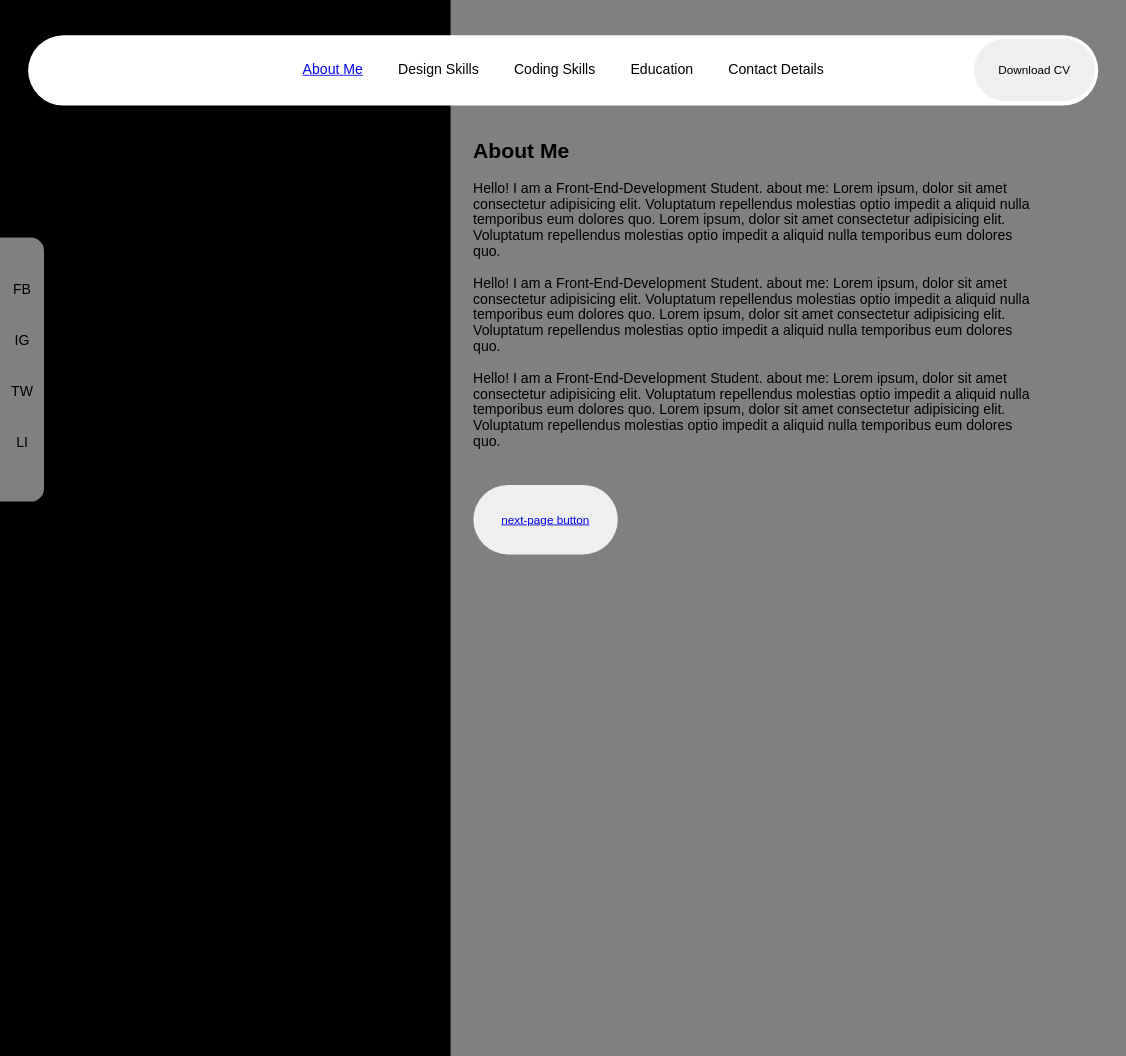
Repository: WesleyErasmus/MyDigitalResume-4
Page: about.html
The author's editor kept a copy of each file at every save. The page is drawn from the files as they stood at one save, then again after the next save.
The browser window is 1280 px wide. The pictures show the whole page, at 88% of full size.

Above is the page before, as saved 2022-02-19 21:50:00.

### about.html
<!DOCTYPE html>
<html lang="en">
<head>
    <meta charset="UTF-8">
    <meta http-equiv="X-UA-Compatible" content="IE=edge">
    <meta name="viewport" content="width=device-width, initial-scale=1.0">
    <title>Wesley Erasmus Digital Resume 4 Project</title>
    <link rel="stylesheet" href="about.css">
</head>
<body>
    <body>
        <!-- Landing page -->
        <header class="nav-menu-top">
            <ul class="top-nav-menu-buttons">
                <li><a href="/about.html" target="">About Me</a></li>
                <li>Design Skills</li>
                <li>Coding Skills</li>
                <li>Education</li>
                <li>Contact Details</li>
            </ul>
            <button id="download-cv">Download CV</button>
            <!-- Name / download CV / etc -->
        </header>

        <aside class="self-portrait">
            <!-- creative image of myself -->
            <p>aside with large portrait image of myself</p>
        </aside>
        <nav class="social-media-links">
            <ul class="social-media-links">
                <li>FB</li>
                <li>IG</li>
                <li>TW</li>
                <li>LI</li>
            </ul>
            <!-- side social media icons (float left / column direction) -->
        </nav>

            <!-- main bio; FED student / link to 2nd html page with CV content -->
         <article>
             <h1 ID="title">About Me</h1>
            <div class="about-me">
                <p>Hello! I am a Front-End-Development Student. about me: Lorem ipsum, dolor sit amet consectetur adipisicing elit. Voluptatum repellendus molestias optio impedit a aliquid nulla temporibus eum dolores quo. Lorem ipsum, dolor sit amet consectetur adipisicing elit. Voluptatum repellendus molestias optio impedit a aliquid nulla temporibus eum dolores quo.</p>
                <br>
                <p>Hello! I am a Front-End-Development Student. about me: Lorem ipsum, dolor sit amet consectetur adipisicing elit. Voluptatum repellendus molestias optio impedit a aliquid nulla temporibus eum dolores quo. Lorem ipsum, dolor sit amet consectetur adipisicing elit. Voluptatum repellendus molestias optio impedit a aliquid nulla temporibus eum dolores quo.</p>
                <br>
                <p>Hello! I am a Front-End-Development Student. about me: Lorem ipsum, dolor sit amet consectetur adipisicing elit. Voluptatum repellendus molestias optio impedit a aliquid nulla temporibus eum dolores quo. Lorem ipsum, dolor sit amet consectetur adipisicing elit. Voluptatum repellendus molestias optio impedit a aliquid nulla temporibus eum dolores quo.</p>
            </div>
            <button class="next-page">
                <a href="/codingSkills.html" target="">next-page button</a>
            </button>
        </article>


    </body>
</body>
</html>

### about.css
* {
    font-family: Arial, Helvetica, sans-serif;
    margin: 0;
    padding: 0;
}
body {
    background-color: grey;
    overflow:hidden;
}
header.nav-menu-top {
    position: relative;
    /* Positions explained in below link: https://developer.mozilla.org/en-US/docs/Web/CSS/position */
    text-align: center;
    margin: 0 auto;
    /* Margin: 0 auto can be used to center an object horizontally  */
    width: 95%;
    height: 80px;
    border-radius: 50px;
    margin-top: 40px;
    background-color: #fff;
}
ul.top-nav-menu-buttons{
    display: flex;
    justify-content: center;
    padding: 30px;
}
.top-nav-menu-buttons li {
    margin: 0 20px 0 20px;
    list-style-type: none;
    text-align: center;
}
button#download-cv {
    position: relative;
    float: right;
    top: -74px;
    right: 4px;
    padding: 28px;
    border-radius: 50px;
    border: NONE;
}
aside.self-portrait {
    z-index: -1;
    /* z-index explained in below link:
     https://developer.mozilla.org/en-US/docs/Web/CSS/z-index */
    background-color: black;
    position: absolute;
    top: 0;
    left: 0;
    height: 1200px;
    width: 40%;
}
nav.social-media-links {
    position: relative;
    height: 300px;
    width: 50px;
    float: left;
    top: 150px;
    left: 0px;
    background-color: grey;
    border-radius: 0 15px 15px 0;
}
ul.social-media-links{
    padding: 50px 5px 5px 5px;
    text-align: center;
    display: flex;
    flex-direction: column;

}
.social-media-links li{
    margin-bottom: 40px;
}

article {
    width: 50%;
    left: 41%;
    position: absolute;
    height: 500px;
    top: 20vh;
    padding: 1%;
}
h1#title {
    margin-bottom: 20px;
}
button.next-page {
    margin-top: 40px;
    padding: 2rem;
    border-radius: 50px;
    border: none;
}

After the next save:
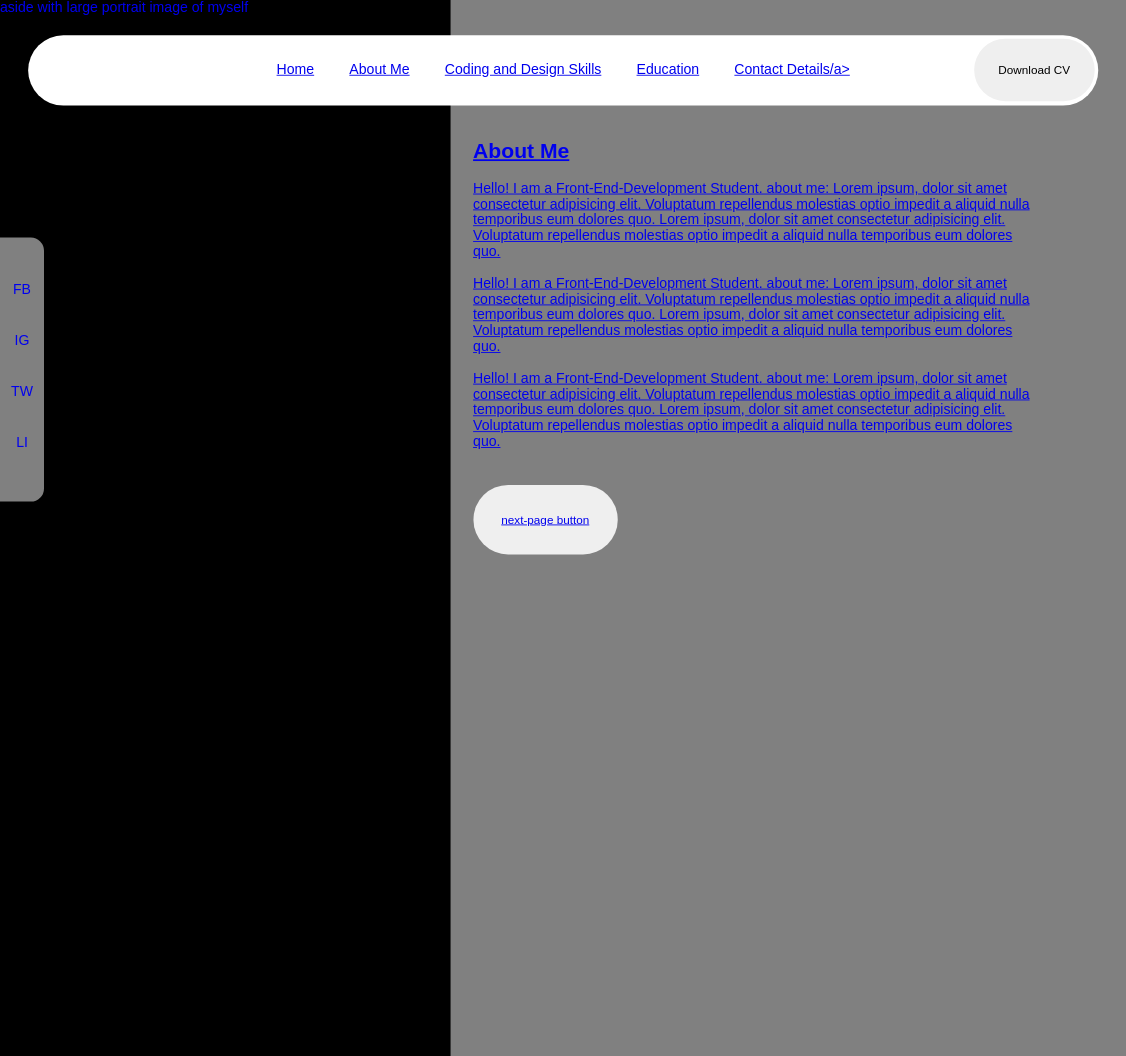
Saved 16 s later.
--- a/about.html
+++ b/about.html
@@ -12,11 +12,11 @@
         <!-- Landing page -->
         <header class="nav-menu-top">
             <ul class="top-nav-menu-buttons">
+                <li><a href="/index.html" target="">Home</a></li>
                 <li><a href="/about.html" target="">About Me</a></li>
-                <li>Design Skills</li>
-                <li>Coding Skills</li>
-                <li>Education</li>
-                <li>Contact Details</li>
+                <li><a href="/codingSkills.html" target="">Coding and Design Skills</a></li>
+                <li><a href="/education.html" target="">Education</a></li>
+                <li><a href="/contact.html" target="">Contact Details/a></li>
             </ul>
             <button id="download-cv">Download CV</button>
             <!-- Name / download CV / etc -->
